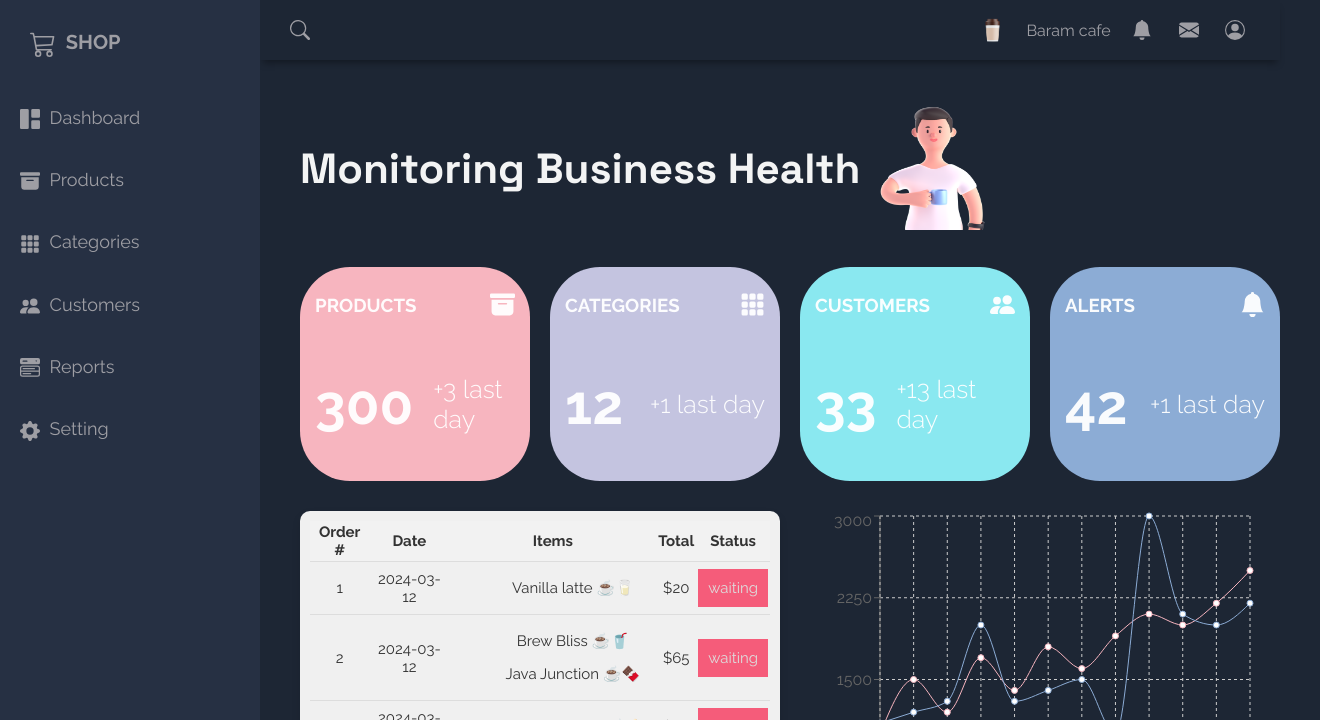
Repository: ffferncake/monitoring-business-health
Page: /
An editor plug-in stored every save of this project. The page is shown before and after a run of saves, followed by the edit.
The browser window is 1280 px wide. The page is 1320 px wide, so the pictures cover 1320 px, including what lies to the right of the window. The pictures show the whole page.
An inner scrolling area shows only its first screen. The project was rebuilt for these pictures with package versions that can differ from the ones it lists, and the page was loaded fresh each time. Also part of the build but not shown: vite.config.js.

Above is the page before, as saved 2024-03-13 16:19:14.

After the next 2 saves:
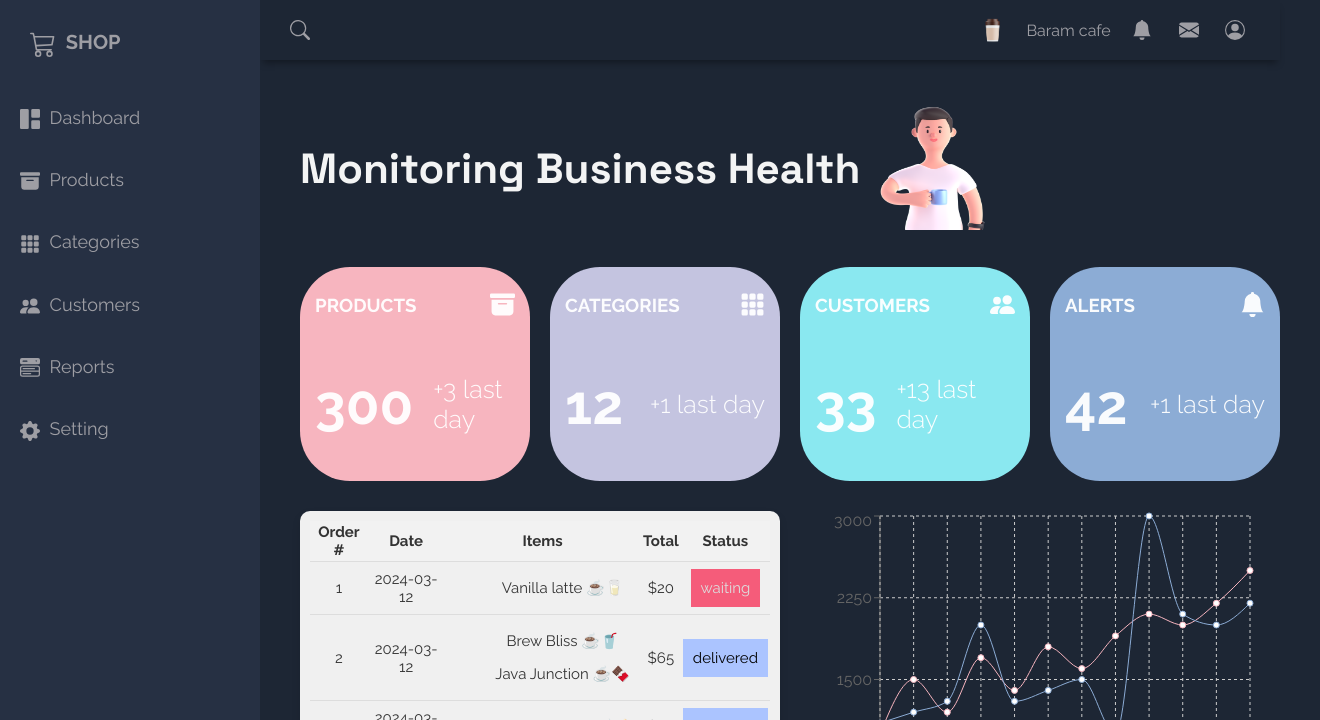
The 2 saves are shown as one change because they came seconds apart.
The last was saved 31 s later.
--- a/src/Home.jsx
+++ b/src/Home.jsx
@@ -65,14 +65,14 @@ function Home() {
         { name: "Brew Bliss ☕️🥤", price: 25 },
         { name: "Java Junction ☕️🍫", price: 40 },
       ],
-      status: "waiting",
+      status: "delivered",
       total: 65,
     },
     {
       id: 3,
       date: "2024-03-12",
       items: [{ name: "Coffee Sundae ☕️🍦", price: 30 }],
-      status: "waiting",
+      status: "delivered",
       total: 30,
     },
     {
